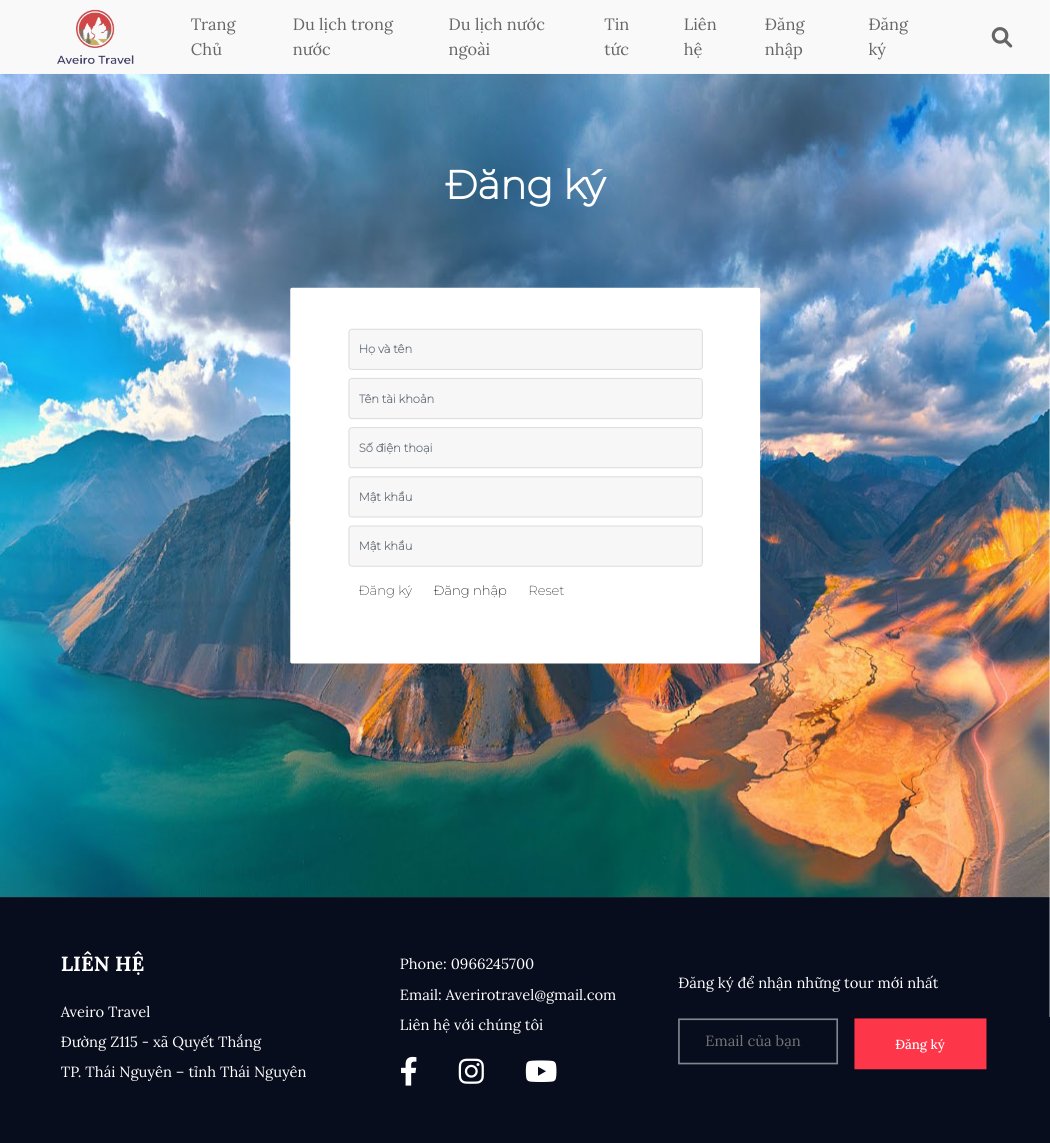
Repository: tuan842001/demotest
Page: /register
These files come from the project's save history. The page is drawn as it stood at one moment and after a run of saves; the edit follows.
The browser window is 1280 px wide. The pictures show the whole page, at 82% of full size.
The project was rebuilt for these pictures with package versions that can differ from the ones it lists, and the page was loaded fresh each time. Also part of the build but not shown: src/components/header/header.css, src/components/header/Header.jsx, src/components/top/top.css, src/components/top/Top.jsx, src/components/post/post.css, src/components/post/Post.jsx, src/components/intourPost/intourPost.css, src/components/intourPost/IntourPost.jsx and 15 more.

Above is the page before, as saved 2021-10-14 18:15:05.

### public/index.html
<!DOCTYPE html>
<html lang="en">
  <head>
    <meta charset="utf-8" />
    <link rel="icon" href="%PUBLIC_URL%/favicon.ico" />
    <meta name="viewport" content="width=device-width, initial-scale=1" />
    <meta name="theme-color" content="#000000" />
    <meta name="description" content="Web site created using create-react-app"/>
    <link href="https://fonts.googleapis.com/css2?family=Lora:wght@400;500;600;700&display=swap" rel="stylesheet">
    <link rel="stylesheet" href="https://cdnjs.cloudflare.com/ajax/libs/font-awesome/6.0.0-beta2/css/all.min.css" integrity="sha512-YWzhKL2whUzgiheMoBFwW8CKV4qpHQAEuvilg9FAn5VJUDwKZZxkJNuGM4XkWuk94WCrrwslk8yWNGmY1EduTA==" crossorigin="anonymous" referrerpolicy="no-referrer" />
    <link href="https://fonts.googleapis.com/css2?family=Lora:ital,wght@1,700&family=Montserrat:wght@200&display=swap" rel="stylesheet">
    <link href="https://cdn.jsdelivr.net/npm/bootstrap@5.1.3/dist/css/bootstrap.min.css" rel="stylesheet" integrity="sha384-1BmE4kWBq78iYhFldvKuhfTAU6auU8tT94WrHftjDbrCEXSU1oBoqyl2QvZ6jIW3" crossorigin="anonymous">
    <title>Aveiro Travel</title>
  </head>
  <body>
    <noscript>You need to enable JavaScript to run this app.</noscript>
    <div id="root"></div>
  </body>
</html>

### src/App.js
import Home from './pages/home/Home';
import Intour from './pages/intour/Intour';
import Login from './pages/login/Login';
import Register from './pages/register/Register';
import TopBar from './components/topbar/TopBar';
import Bottombar from "./components/bottombar/Bottombar";
import "./app.css"
import {
  BrowserRouter as Router,
  Switch,
  Route,
  Link
} from "react-router-dom";


function App() {
  const user = false;
  return (
    <Router>
    <TopBar />
      <Switch>
        <Route path="/register">
          <Register />
        </Route>
        <Route path="/login">
          <Login />
        </Route>
        <Route path="/intour">
          <Intour />
        </Route>
        <Route path="/">
          <Home />
        </Route>
      </Switch>
    </Router>
  );
}

export default App;

### src/pages/register/Register.jsx
import "./register.css";
import { Link } from "react-router-dom";
import Bottombar from "../../components/bottombar/Bottombar";

export default function Register() {
  return (
    <>
      <div className="register">
        <img className="loginImg" src="./assets/images/register2.jpg" alt="" />
        <div className="container">
          <div className="row">
            <div className="col-md-12">
              <div className="loginContent">
                <div className="loginContentInner">
                  <div className="loginTitle">Đăng ký</div>
                </div>
              </div>
            </div>
            <div className="col-md-12">
              <div className="loginFrom">
                <div className="loginMain">
                  <form id="Login" method="post">
                    <div class="form-group">
                      <input
                        type="text"
                        class="form-control loginform"
                        value=""
                        id="inputEmail"
                        name="name"
                        placeholder="Họ và tên"
                      />
                    </div>
                    <div className="form-group">
                      <input
                        name="email"
                        type="email"
                        className="form-control loginform"
                        id="inputUsername"
                        placeholder="Tên tài khoản"
                      />
                    </div>
                    <div class="form-group">
                      <input
                        type="text"
                        value=""
                        class="form-control loginform"
                        id="inputEmail"
                        name="sdt"
                        placeholder="Số điện thoại"
                      />
                    </div>
                    <div className="form-group">
                      <input
                        name="password"
                        type="password"
                        className="form-control loginform"
                        id="inputPassword"
                        placeholder="Mật khẩu"
                      />
                    </div>

                    <div class="form-group">
                      <input
                        type="password"
                        value=""
                        class="form-control loginform"
                        name="password"
                        id="inputPassword"
                        placeholder="Mật khẩu"
                      />
                    </div>
                    <button
                      class="btn btn-gradient-01"
                      name="action"
                      value="add-khachhang"
                      id="add-tour"
                      type="submit"
                    >
                      <i class="la la-check"></i>Đăng ký
                    </button>
                    <button class="btn btn-gradient-01">
                      <Link style={{ color: "#000" }} to="/login">
                        Đăng nhập
                      </Link>
                    </button>
                    <button class="btn btn-gradient-01" type="reset">
                      <i class="la la-rotate-left"></i>Reset
                    </button>
                  </form>
                </div>
              </div>
            </div>
          </div>
        </div>
      </div>
      <Bottombar />
    </>
  );
}

### src/components/topbar/TopBar.jsx
import { Link } from "react-router-dom";
import React from "react";
import "./topbar.css";

export default function TopBar() {
  const user = false;
  return (
    <div className="top">
      <div className="topLeft">
        <img
          className="topImg"
          src="./assets/images/logoAveiroTravel.png"
          alt=""
        />
      </div>
      <div className="topCenter">
        <ul className="topList">
          <li className="topListItem">
            <Link
              style={{
                textDecoration: "none",
                color: "inherit",
                fontsize: "20px",
              }}
              to="/"
            >
              Trang Chủ
            </Link>
          </li>
          <li className="topListItem">
            <Link
              style={{
                textDecoration: "none",
                color: "inherit",
                fontsize: "20px",
              }}
              to="/intour"
            >
              Du lịch trong nước
            </Link>
          </li>
          <li className="topListItem">Du lịch nước ngoài</li>
          <li className="topListItem">Tin tức</li>
          <li className="topListItem">Liên hệ</li>
          <li className="topListItem">
            <Link
              style={{
                textDecoration: "none",
                color: "inherit",
                fontsize: "20px",
              }}
              to="/login"
            >
              Đăng nhập
            </Link>
          </li>
          <li className="topListItem">
            <Link
              style={{
                textDecoration: "none",
                color: "inherit",
                fontsize: "20px",
              }}
              to="/register"
            >
              Đăng ký
            </Link>
          </li>
        </ul>
      </div>
      <div className="topRight">
        <i className="topSearchIcon fas fa-search"></i>
      </div>
    </div>
  );
}

### src/components/bottombar/Bottombar.jsx
import "./bottombar.css";

export default function Bottombar() {
  return (
    <div className="bottombar">
      <div className="bottomLeft">
        <span className="bottomTitle">LIÊN HỆ</span>
        <span className="bottomText">Aveiro Travel</span>
        <span className="bottomText">Đường Z115 - xã Quyết Thắng</span>
        <span className="bottomText">TP. Thái Nguyên – tỉnh Thái Nguyên</span>
      </div>
      <div className="bottomCenter">
        <span className="bottomText">Phone: 0966245700</span>
        <span className="bottomText">Email: Averirotravel@gmail.com</span>
        <span className="bottomText">
          Liên hệ với chúng tôi <i></i>
        </span>
        <div className="bottomItem">
          <i className="bottomIcon fab fa-facebook-f"></i>
          <i className="bottomIcon fab fa-instagram"></i>
          <i className="bottomIcon fab fa-youtube"></i>
        </div>
      </div>
      <div className="bottomRight">
        <span className="bottomText">Đăng ký để nhận những tour mới nhất</span>
        <div className="bottomSubscribe">
          <input
            type="email"
            id="bottom_input"
            className="bottom_input"
            placeholder="Email của bạn"
          />
          <button type="submit" id="bottom_button" class="bottom_button">
            Đăng ký
          </button>
        </div>
      </div>
    </div>
  );
}

### src/app.css
*{
    margin: 0;
    padding: 0;
    -webkit-font-smoothing: antialiased;
    -webkit-text-shadow: rgba(0,0,0,.01) 0 0 1px;
    text-shadow: rgb(0 0 0 / 1%) 0 0 1px;
}
body{
    font-family: 'Montserrat', sans-serif;
    font-size: 14px;
    font-weight: 400;
    background: #FFFFFF;
    color: #131a2f;
}
ul{
    list-style: none;
    margin-bottom: 0px;
}
a{
    display: block;
    font-size: 16px;
    font-weight: 500;
    /* line-height: 56px; */
    text-decoration: none;
    background-color: transparent;
}
.container{
    width: 100%;
    padding-right: 15px;
    padding-left: 15px;
    margin-right: auto;
    margin-left: auto;
    position: relative;
}
.row{
    display: -ms-flexbox;
    display: flex;
    -ms-flex-wrap: wrap;
    flex-wrap: wrap;
    padding-top: 40px;
    padding-bottom: 65px;
    margin-left: calc(50% - 585px);
    margin-right: calc(50% - 585px);
}
.col{
    -ms-flex-preferred-size: 0;
    flex-basis: 0;
    -ms-flex-positive: 1;
    flex-grow: 1;
    max-width: 100%;
}
.sectionTitle{
    padding-top: 30px;
    line-height: 1.1;
    font-size: 40px;
    font-weight: 300;
    text-align: center!important;

}
.sectionTitle div {
    font-size: 16px;
    font-weight: 600;
    color: #7d8293;
    text-transform: uppercase;
    margin-top: 19px;
}
img{
    vertical-align: middle;
    border-style: none;
}
div{
    display: block;
    position: relative;
    -webkit-box-sizing: border-box;
    -moz-box-sizing: border-box;
    box-sizing: border-box;
}


.dropdown-content {
    display: none;
    position: absolute;
    right: 0;
    top: 100%;
    margin: 0;
    width: 100%;
    background: #FFFFFF;

    z-index: 1;
    box-shadow: 0 15px 25px rgb(63 78 100 / 15%);
}

.dropdown:hover .dropdown-content {
    display: block;
}

### src/pages/login/login.css
.loginImg{
    position: absolute;
    top: 0;
    left: 0;
    width: 100%;
    height: 100%;
    background-repeat: no-repeat;
    background-size: cover;
    background-position: center center;
}
.loginContent{
    width: 100%;
    height: 401px;
    top: -15%;
}
.loginTitle{
    font-size: 48px;
    font-weight: 700;
    color: #FFFFFF;
    text-align: center;
}
.loginContentInner{
    position: absolute;
    top: 30%;
    left: 0;
    width: 100%;
    text-align: left;
}
.loginForm{
    text-align: center;
}
.loginMain{
    background: #ffffff none repeat scroll 0 0;
    border-radius: 2px;
    margin: 10px auto 30px;
    max-width: 50%;
    padding: 50px 70px 70px 71px;
    bottom: 190px;
}
.form-group{
    margin-bottom: 10px;
}
.loginform{
    background: #f7f7f7 none repeat scroll 0 0;
    border: 1px solid #d4d4d4;
    border-radius: 4px;
    font-size: 14px;
    height: 50px;
    line-height: 50px;
    font-weight: 700;
}
.forgot {
    text-align: left;
    margin-bottom: 30px;
}
.forgot a {
    font-weight: 700;
    color: #777777;
    font-size: 14px;
    text-decoration: underline;
}
.login-form {
    background: #fe435b none repeat scroll 0 0;
    border-color: #fe435b;
    color: #ffffff;
    font-size: 14px;
    width: 100%;
    height: 50px;
    line-height: 50px;
    padding: 0;
    font-weight: 700;
}

### src/components/topbar/topbar.css
.top{
    width: 100%;
    height: 90px;
    background-color: #f9f9f9;
    position: sticky;
    top: 0;
    display: flex;
    align-items: center;
    font-family: 'Lora', serif;
    color: #666;
    z-index: 999;
}

.topLeft{
    flex: 2;
    display: flex;
    align-items: center;
    justify-content: center;
}
.topCenter{
    flex: 8;
}
.topRight{
    flex: 1;
    display: flex;
    align-items: center;
    justify-content: center;
}
.topImg{
    width: 140px;
    height: 140px;
    object-fit: cover;
}
.topList{
    display: flex;
    justify-content: end;
    margin: 0;
    padding: 0;
    list-style: none;
}
.topListItem{
    margin-right: 40px;
    font-size: 20px;
    font-weight: 400;
    cursor: pointer;
}
.topListItem a {
    font-size: 20px;
    font-weight: 400;
}
.topSearchIcon{
    font-size: 25px;
    color: #666;
    cursor: pointer;
}

### src/components/bottombar/bottombar.css
.bottombar{
    width: 100%;
    height: 300px;
    background-color: #080d1d;
    display: flex;
    align-items: center;
    font-family: 'Lora', serif;
    color: #fff;
    font-size: 18px;
    position: absolute;
}
.bottomLeft, .bottomCenter {
    flex: 3;
    display: flex;
    flex-direction: column;
    justify-content: center;
    margin-left: 74px;
}

.bottomRight{
    flex: 4;
    display: flex;
    flex-direction: column;
    justify-content: center;
}
.bottomTitle{
    font-size: 25px;
    font-weight: 700;
    margin-bottom: 25px;
}
.bottomText{
    margin-bottom: 10px;
}
.bottomIcon{
    font-size: 35px;
    margin-top: 15px;
    margin-right: 50px;
    cursor: pointer;
}
.bottomSubscribe{
    display: flex;
    margin-top: 20px;
}
.bottom_input{
    width: calc(65% - 100px);
    height: 56px;
    border: solid 2px rgba(255,255,255,0.5);
    outline: none;
    background: transparent;
    padding-left: 31px;
    color: #FFFFFF;
}
.bottom_button{
    width: 161px;
    height: 62px;
    vertical-align: top;
    cursor: pointer;
    border: none;
    outline: none;
    background: #fe364a;
    color: #FFFFFF;
    font-size: 16px;
    margin-left: 20px;
    font-weight: 500;
    -webkit-transition: all 200ms ease;
    -moz-transition: all 200ms ease;
    -ms-transition: all 200ms ease;
    -o-transition: all 200ms ease;
    transition: all 200ms ease;
}

Loaded but not shown: src/index.js (common file); src/pages/intour/intour.css (no stored copy; drawn as an empty file)

After the next 2 saves:
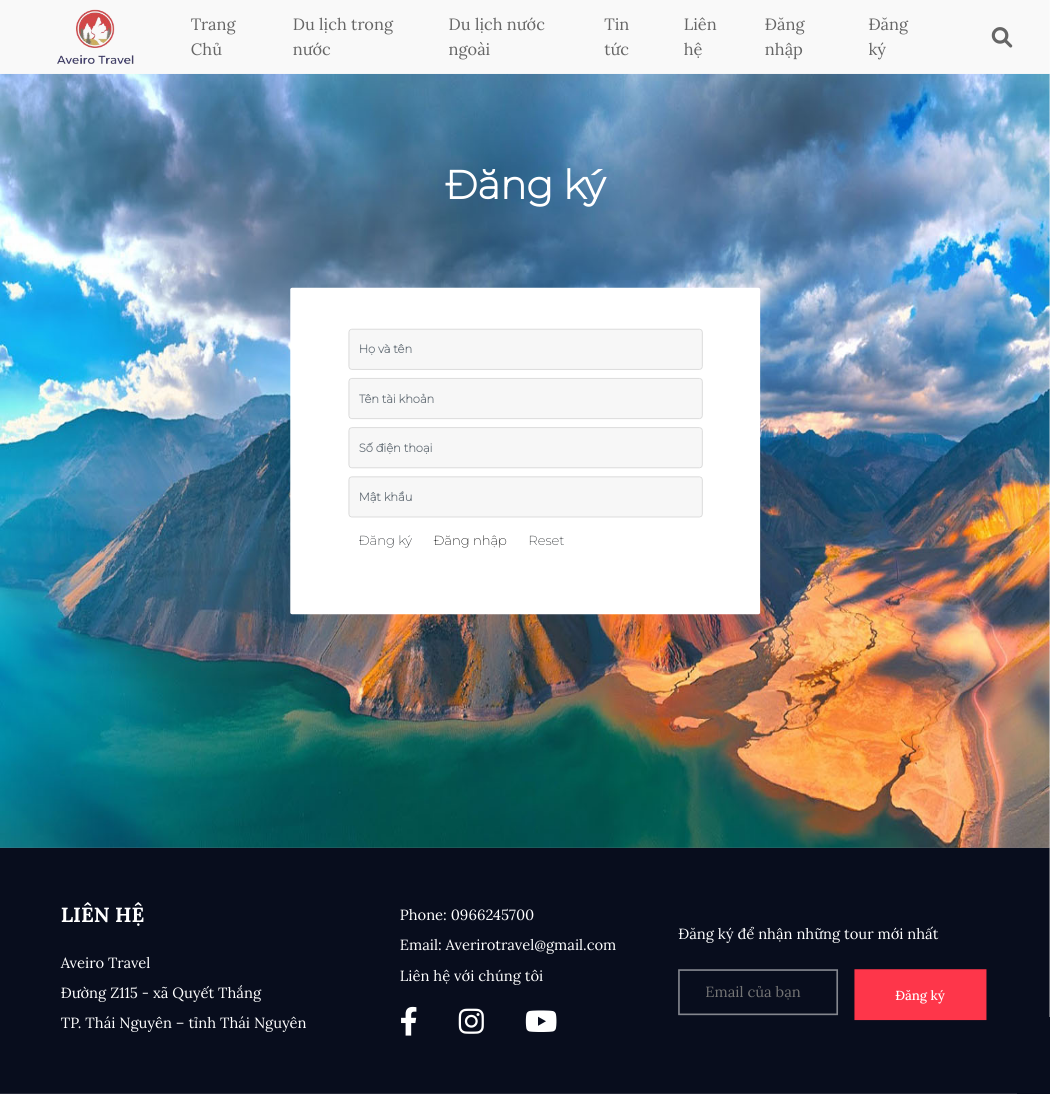
The 2 saves are shown as one change because 1 did not build or start.
The last was saved 70 s later.
--- a/src/pages/register/Register.jsx
+++ b/src/pages/register/Register.jsx
@@ -59,16 +59,6 @@
                       />
                     </div>
 
-                    <div class="form-group">
-                      <input
-                        type="password"
-                        value=""
-                        class="form-control loginform"
-                        name="password"
-                        id="inputPassword"
-                        placeholder="Mật khẩu"
-                      />
-                    </div>
                     <button
                       class="btn btn-gradient-01"
                       name="action"
